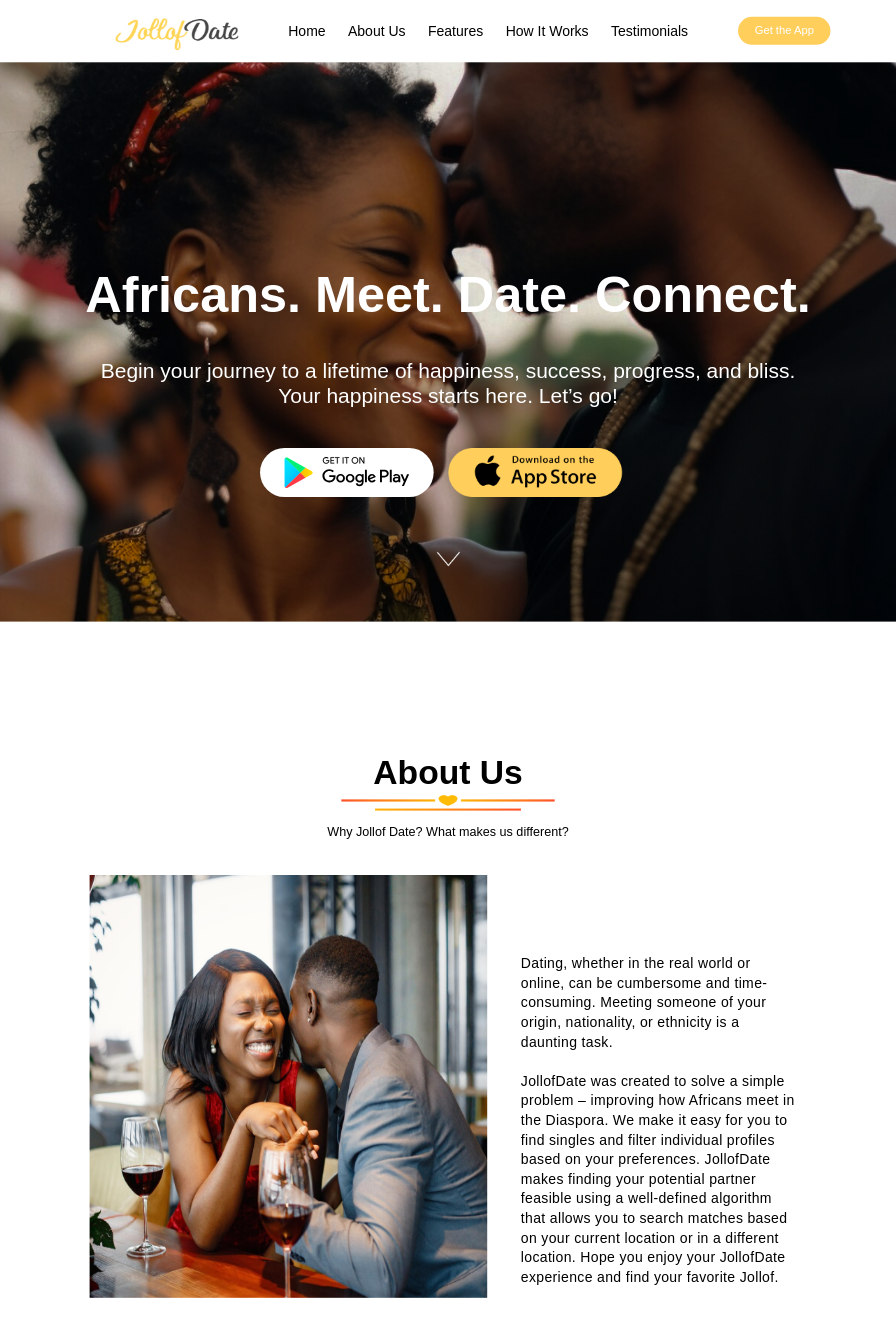
Repository: FarhanNasiru/jollofdate-frontend
Page: /
These files come from the project's save history. The page is drawn as it stood at one moment and after the next save; the edit follows.
The browser window is 1280 px wide. The pictures show the part of the page from y = 0 to 1920 px (the page is 7652 px tall), at 70% of full size.
Some web fonts or font styles are not loaded; a fallback is used. The project was rebuilt for these pictures with package versions that can differ from the ones it lists, and the page was loaded fresh each time. Also part of the build but not shown: vite.config.js, src/Pages/Footer2.jsx, src/components/Header2.jsx, src/Pages/privacy.jsx, src/Pages/Term.jsx.

Above is the page before, as saved 2024-08-20 07:50:15.

After the next save:
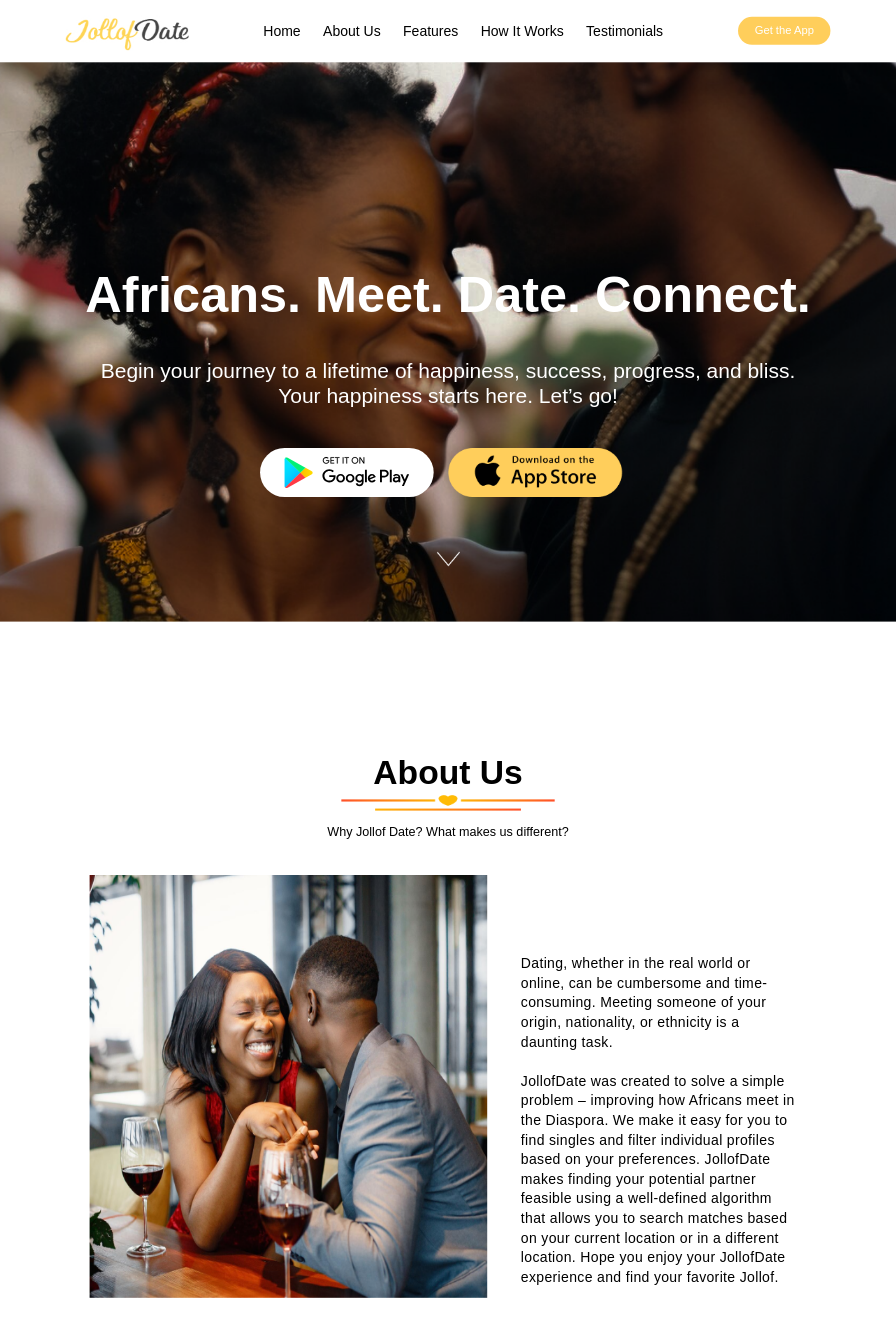
Saved 19 s later.
--- a/src/components/Header.jsx
+++ b/src/components/Header.jsx
@@ -12,7 +12,6 @@
     <div>
       <div>
         <header className="flex mt-4 md:pt-0 justify-between items-center fixed top-0 w-11/12 m-auto bg-white rounded-full py-4 px-10 left-1/2 transform -translate-x-1/2 z-50">
-          <NavLink></NavLink>
           <div className="logo">
             <NavLink to="/">
               <img
